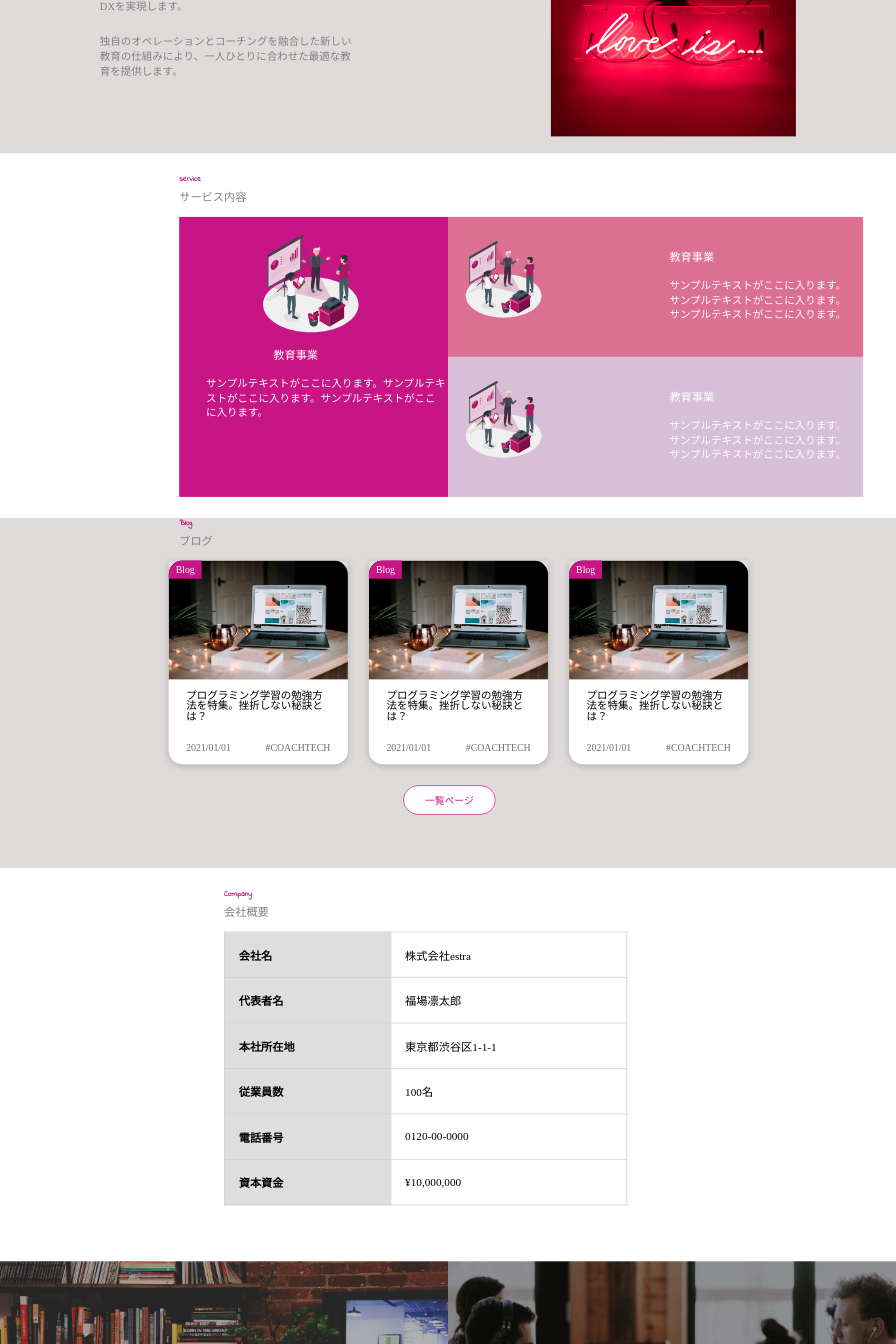
Repository: sigemasaasuka/20210902
Page: index.html
The author's editor kept a copy of each file at every save. The page is drawn from the files as they stood at one save, then again after a run of saves.
The browser window is 1280 px wide. The pictures show the part of the page from y = 977 to 2897 px (the page is 3297 px tall), at 70% of full size.

Above is the page before, as saved 2021-10-06 17:06:14.

### index.html
<!DOCTYPE html>
<html lang="ja">

<head>
  <meta charset="UTF-8">
  <meta name="viewport" content="width=device-width, initial-scale=1.0">
  <title>Document</title>
  <link rel="stylesheet" href="css/style.css">
  <link rel="stylesheet" href="css/reset.css">
  <link rel="preconnect" href="https://fonts.googleapis.com">
  <link rel="preconnect" href="https://fonts.gstatic.com" crossorigin>
  <link href="https://fonts.googleapis.com/css2?family=Indie+Flower&display=swap" rel="stylesheet">
</head>

<body>
  <div class="flex">
    <div class="logo">
      <img src="img/img/estra_logo.png" alt="estra_logo" width="100px" height="30px">
    </div>
    <div class="parent">
      <div class="child">News</div>
      <div class="child">About</div>
      <div class="child">Service</div>
      <div class="child">blog</div>
      <div class="child">Company</div>
      <div class="child">Contact</div>

    </div>
  </div>
  <div class="relative">
    <img class="relative__img" src="img/img/firstview.jpg" alt="firstview">
    <div class="example">
      <h1>Commit to the <span class="document"> growth</span> <br>for everyone</h1>
    </div>
    <div class="second">
      <h3>全ての全ての人の<span class="second-txt">成長</span>にコミットする</h3>
      <p class="subtitle">Educational Technology Company<br>estra inc since 2019</p>
    </div>
  </div>
  <div class="smlltitle-news">
    <h6>News</h6>
  </div>
  <div class="list-news">
    <h3>新着情報</h3>
  </div>
  <div class="local">
    <div class="info">
      <p>
        2021/01/01　<a class="practice__btn">ニュース</a>　COACHTECHのサービスが開始されました。
      </p>
    </div>
    <div class="info">
      <p>
        2021/01/01　<a class="practice__btn">ニュース</a>　COACHTECHのサービスが開始されました。
      </p>
    </div>
    <div class="info">
      <p>
        2021/01/01　<a class="practice__btn">ニュース</a>　COACHTECHのサービスが開始されました。
      </p>
    </div>
    <div class="info">
      <p>
        2021/01/01　<a class="practice__btn">ニュース</a>　COACHTECHのサービスが開始されました。
      </p>
    </div>
    <div class="info">
      <p>
        2021/01/01　<a class="practice__btn">ニュース</a>　COACHTECHのサービスが開始されました。
      </p>
    </div>
  </div>
  <div class="colored-about">
    <div class="smlltitle-about">
      <h6><br> About</h6>
    </div>
    <div class="list-about">
      <h3>Technology×Coaching</h3>
    </div>
    <div class="flex-txt">
    <div class="info-txt">
      <div class="relate">
        株式会社estraはデジタル化が遅れている教育業界に<br>最新のテクノロジーを導入することによって教育の<br>DXを実現します。
      </div>
      <div class="relate-txt">
        独自のオペレーションとコーチングを融合した新しい<br>教育の仕組みにより、一人ひとりに合わせた最適な教<br>育を提供します。
      </div>

    </div>
      <div class="about">
        <img class="picture__img" src="img/img/about.jpg" alt="about">
      </div>
  </div>
  </div>

  <div class="service">
    <div class="smlltitle-service">
      <h6>service</h6>
    </div>
    <div class="list-service">
      <h3>サービス内容</h3>
    </div>
    <div class="contents">
    <div class="colored-service">
      <div class="photo">
        <img class="service__img" src="img/img/service__first.svg" alt="service">
      </div>
      <div class="title">
        <h3>教育事業</h3>
      </div>
      <div class="explain">
        サンプルテキストがここに入ります。サンプルテキ<br>ストがここに入ります。サンプルテキストがここ<br>に入ります。
      </div>
    </div>
  <div class="contents2">
    <div class="contents2">
  <div class="colored3">
    <div class="photo2">
      <img class="service__img1" src="img/img/service__first.svg" alt="service">
    </div>
    <div>
    <div class="title2">
      <h3>教育事業</h3>
    </div>
    <div class="explain2">
      サンプルテキストがここに入ります。<br>サンプルテキストがここに入ります。<br>サンプルテキストがここに入ります。
    </div>
  </div>
  </div>
  </div>

  <div class="colored">
    <div class="photo2">
      <img class="service__img1" src="img/img/service__first.svg" alt="service">
    </div>
    <div>
    <div class="title2">
      <h3>教育事業</h3>
    </div>
    <div class="explain2">
      サンプルテキストがここに入ります。<br>サンプルテキストがここに入ります。<br>サンプルテキストがここに入ります。
    </div>
  </div>
  </div>
</div>
</div>
</div>
   <div class="colored-blog">
    <div class="smlltitle-blog">
      <h6>Blog</h6>
    </div>
    <div class="list-blog">
      <h3>ブログ</h3>
   </div>
    <div class="flex__item">
      <div class="practice__card">
        <div class="blog__first">
          <img src="img/img/blog__first.jpg" alt="blog">
        </div>
        <div class="card__content">
          <div class="card__cat">Blog</div>
          <h2 class="card__ttl">プログラミング学習の勉強方法を特集。挫折しない秘訣とは？</h2>
          <div class="tag">
            <p class="card__tag">2021/01/01</p>
            <p class="card__date">#COACHTECH</p>
          </div>
        </div>
      </div>
      <div class="practice__card">
        <div class="blog__first">
          <img src="img/img/blog__first.jpg" alt="blog">
        </div>
        <div class="card__content">
          <div class="card__cat">Blog</div>
          <h2 class="card__ttl">プログラミング学習の勉強方法を特集。挫折しない秘訣とは？</h2>
          <div class="tag">
            <p class="card__tag">2021/01/01</p>
            <p class="card__date">#COACHTECH</p>
          </div>
        </div>
      </div>
      <div class="practice__card">
        <div class="blog__first">
          <img src="img/img/blog__first.jpg" alt="blog">
        </div>
        <div class="card__content">
          <div class="card__cat">Blog</div>
          <h2 class="card__ttl">プログラミング学習の勉強方法を特集。挫折しない秘訣とは？</h2>
          <div class="tag">
            <p class="card__tag">2021/01/01</p>
            <p class="card__date">#COACHTECH</p>
          </div>
        </div>
      </div>
    </div>
    <div class="card__cat-blog">一覧ページ</div>
   </div>
   <div class="company">
    <div class="smlltitle-company">
      <h6>Company</h6>
    </div>
    <div class="list-company">
      <h3>会社概要</h3>
    </div>
    <table>
      <tr>
        <th>会社名</th>
        <td>株式会社estra</td>
      </tr>
      <tr>
        <th>代表者名</th>
        <td>福場凛太郎</td>
      </tr>
      <tr>
        <th>本社所在地</th>
        <td>東京都渋谷区1-1-1</td>
      </tr>
      <tr>
        <th>従業員数</th>
        <td>100名</td>
      </tr>
      <tr>
        <th>電話番号</th>
        <td>0120-00-0000</td>
      </tr>
      <tr>
        <th>資本資金</th>
        <td>¥10,000,000</td>
      </tr>
    </table>
    </div>
    <div class="last">
    <div class="photo2">
     <div class="recruit">
      <div class="second-employ">
        <p>採用情報</p>
      </div>
     </div>
    </div>
    <div class="photo3">
      <div class="interview">
    <div class="second-interview">
      <p>社員インタビュー</p>
      </div>
    </div>
    </div>
    </div>
    <div class="list-question">
      <h3>株式会社estraへのお問い合わせはこちらから</h3>
      </div>
      <div class="rod"><p>&#124</p></div>
      <div class="photo4">
  <div class="card__cat3">お問い合わせ</div>
</div>
<div class="colored-question">
  <div class="second-question">
    <p>Copyright&copy;estra,inc　AII Rights Reserved</p>
  </div>
</div>
</body>

</html>

### css/style.css
.img {
  text-align: left;
}

.parent {
  line-height: 50px;
  display: flex;
  justify-content: space-between;
  color: gray;
}

.child {
  margin: 0 10px;
  font-weight: lighter;
}

.logo {
  line-height: 20px;
  width: 100px;
}
.flex {
  display: flex;
  justify-content: space-between;
  height: 50px;
  margin-left: 30px;
}

.relative {
  position: relative;
}

.relative__img {
  margin: 0 0 0 auto;
  display: block;
  width: 50%;
}

.example {
  position: absolute;
  top: 5%;
  left: 30%;
  font-size: 50px;
  color: #b41078;
  font-family: "Indie Flower", cursive;
}

.document {
  top: 5%;
  left: 30%;
  font-size: 70px;
  color: #30b6cf;
  font-family: "Indie Flower", cursive;
}

.second {
  position: absolute;
  top: 50%;
  left: 30%;
  font-size: 18px;
  color: #b41078;
}

.second-txt {
  top: 50%;
  left: 30%;
  font-size: 18px;
  color: #30b6cf;
}

.subtitle {
  margin: 0;
  font-size: 15px;
  color: gray;
  font-weight: lighter;
}

.smlltitle-news {
  color: #b41078;
  font-family: "Indie Flower", cursive;
  margin-left: 25%;
}

.list-news {
  color: gray;
  margin-left: 25%;
  margin-top: 10px;
  margin-bottom: 20px;
}

.local {
  margin-left: 25%;
  border-color: rgb(170, 168, 168);
  border-top: solid 2px rgb(170, 168, 168);
  border-bottom: solid 2px rgb(170, 168, 168);
  width: 70%;
}

.info {
  margin-bottom: 20px;
  border-width: 0 0 1px 0;
  border-style: solid;
  line-height: 30px;
  border-color: rgb(173, 171, 171);
  margin-top: 20px;
  padding-left: 0;
  font-size: 10px;
  color: gray;
  width: 40%;
}

.practice__btn {
  width: 100px;
  padding: 2px 10px;
  color: #fff;
  border-radius: 30px;
  background-color: #b41078;
  text-align: center;
  margin: 0 auto 0;
}

.colored-about {
  height: 350px;
  background-color: rgb(224, 219, 219);
  margin-top: 30px;
}
.smlltitle-about {
  color: #b41078;
  font-family: "Indie Flower", cursive;
  margin-left: 45%;
}

.list-about {
  color: gray;
  margin-left: 40%;
  margin-top: 10px;
}

.flex-txt {
  display: flex;
  justify-content: space-around;
  height: 30px;
}

.relate {
  color: gray;
  font-size: 15px;
  margin-top: 30px;
}

.relate-txt {
  color: gray;
  font-size: 15px;
  margin-top: 30px;
}

.picture__img {
  margin-top: 20px;
  width: 350px;
  height: 250px;
}

.smlltitle-service {
  color: #b41078;
  font-family: "Indie Flower", cursive;
  margin-left: 20%;
  margin-top: 30px;
}

.list-service {
  color: gray;
  margin-left: 20%;
  margin-top: 10px;
}

.contents {
  display: flex;
}
.colored-service {
  background-color: #c71585;
  margin-top: 20px;
  margin-left: 20%;
  width: 30%;
  height: 400px;
}

.service__img {
  width: 300px;
  height: 150px;
  margin-top: 20px;
  margin-left: 10%;
}

.title {
  margin-top: 20px;
  color: #fff;
  margin-left: 35%;
}

.explain {
  margin-left: 10%;
  margin-top: 20px;
  color: #fff;
  font-size: 15px;
}
.contents2 {
  display: flex;
  flex-direction: column;
  justify-content: space-around;
}
.colored3 {
  display: flex;
  background-color: #db7093;
  margin-top: 20px;
  width: 100%;
  height: 200px;
}

.service__img1 {
  width: 40%;
  margin-left: 20px;
  margin-top: 10%;
}

.title2 {
  margin-top: 20px;
  color: #fff;
  margin-top: 50px;
  margin-left: 20px;
}

.explain2 {
  margin-top: 20px;
  margin-left: 20px;
  color: #fff;
  font-size: 15px;
}

.colored {
  display: flex;
  background-color: #d8bfd8;
  width: 100%;
  height: 200px;
}

.colored-blog {
  height: 500px;
  background-color: rgb(224, 219, 219);
  margin-top: 30px;
}

.smlltitle-blog {
  color: #b41078;
  font-family: "Indie Flower", cursive;
  margin-left: 20%;
  margin-top: 30px;
}

.list-blog {
  color: gray;
  margin-left: 20%;
  margin-top: 10px;
}

.flex__item {
  border-radius: 20px;
  display: flex;
  justify-content: center;
}

.practice__card {
  margin-top: 20px;
  margin-left: 30px;
  position: relative;
  width: 20%;
  border-bottom-left-radius: 20px;
  border-bottom-right-radius: 20px;
  box-shadow: 0px 3px 10px rgba(0, 0, 0, 0.2);
}

.blog__first {
  overflow: hidden;
  border-top-left-radius: 20px;
  border-top-right-radius: 20px;
}

.card__img img {
  width: 100%;
}

.card__content {
  border-bottom-left-radius: 20px;
  border-bottom-right-radius: 20px;
  background-color: #fff;
  padding: 15px 25px;
}

.card__ttl {
  font-size: 15px;
  margin-bottom: 30px;
  font-weight: 400;
}

.card__cat {
  position: absolute;
  top: 0;
  left: 0;
  border-top-left-radius: 20px;
  padding: 5px 10px;
  background: #c71585;
  display: inline-block;
  color: #fff;
  font-size: 14px;
}

.tag {
  display: flex;
  justify-content: space-between;
  font-size: 14px;
  text-align: right;
}

.card__tag {
  display: inline-block;
  color: rgb(112, 110, 110);
}

.card__date {
  display: inline-block;

  color: rgb(112, 110, 110);
}

.card__cat-blog {
  padding: 10px 30px;
  background: white;
  margin-top: 30px;
  margin-left: 45%;
  border: 1px solid;
  display: inline-block;
  color: #c71585;
  font-size: 14px;
  border-radius: 30px;
}

.company {
  margin-left: 25%;
}

.smlltitle-company {
  color: #b41078;
  font-family: "Indie Flower", cursive;
  margin-top: 30px;
}

.list-company {
  color: gray;
  margin-top: 10px;
  margin-bottom: 20px;
}

table {
  width: 60%;
  border-collapse: collapse;
}

table th,
table td {
  border: 1px solid #ccc;
  padding: 20px;
}
table th {
  font-weight: bold;
  background-color: #dedede;
}

.last {
  display: flex;
  margin-top: 50px;
  position: relative;
}

.second-employ {
  position: absolute;
  top: 50%;
  left: 40%;
  font-size: 20px;
  color: #fff;
}

.photo2 {
  width: 50%;
}

.recruit {
  position: relative;
  width: 100%;
  height: 0;
  padding-top: calc(300 / 683 * 100%); /* calc(画像高さ ÷ 画像横幅 × 100%) */
  background: url(../img/img/recruit.png) center center / cover no-repeat;
  margin-top: 30px;
}

.photo3 {
  width: 50%;
}

.interview {
  position: relative;
  width: 100%;
  height: 0;
  padding-top: calc(300 / 683 * 100%); /* calc(画像高さ ÷ 画像横幅 × 100%) */
  background: url(../img/img/interview.png) center center / cover no-repeat;
  margin-top: 30px;
}

.second-interview {
  position: absolute;
  top: 50%;
  left: 45%;
  font-size: 20px;
  color: #fff;
}

.list-question {
  color: gray;
  margin-top: 50px;
  margin-left: 36%;
}
.rod {
  color: #c71585;
  margin-left: 47%;
  margin-top: 10px;
  font-size: 30px;
}

.card__cat3 {
  position: relative;
  top: 0;
  padding: 20px 60px;
  background: linear-gradient(90deg, #ff69b4, #c71585);
  margin-top: 10px;
  margin-left: 40%;
  border: 1px solid;
  display: inline-block;
  color: #fff;
  font-size: 14px;
  border-radius: 30px;
}

.card__cat3::before {
  content: "";
  position: absolute;
  bottom: 15px;
  left: 25px;
  background: url(../img/img/mailicon.svg) no-repeat;
  background-size: cover;
  width: 15px;
  height: 15px;
  transform: translate(0, -50%);
}

.colored-question {
  height: 30px;
  background-color: rgb(224, 219, 219);
  margin-top: 25px;
}

.second-question {
  color: #000;
  font-size: 10px;
  margin-left: 40%;
  line-height: 30px;
}

### css/reset.css
@charset "UTF-8";
html,
body,
div,
span,
applet,
object,
iframe,
h1,
h2,
h3,
h4,
h5,
h6,
p,
blockquote,
pre,
a,
abbr,
acronym,
address,
big,
cite,
code,
del,
dfn,
em,
img,
ins,
kbd,
q,
s,
samp,
small,
strike,
strong,
sub,
sup,
tt,
var,
b,
u,
i,
center,
dl,
dt,
dd,
ol,
ul,
li,
fieldset,
form,
label,
legend,
table,
caption,
tbody,
tfoot,
thead,
tr,
th,
td,
article,
aside,
canvas,
details,
embed,
figure,
figcaption,
footer,
header,
hgroup,
menu,
nav,
output,
ruby,
section,
summary,
time,
mark,
audio,
video {
  margin: 0;
  padding: 0;
  border: none;
  font-style: normal;
  text-align: left;
  zoom: 1;
}
article,
aside,
details,
figcaption,
figure,
footer,
header,
hgroup,
menu,
nav,
section {
  display: block;
}
table {
  border-collapse: collapse;
  font-family: inherit;
}
h1,
h2,
h3,
h4,
h5 {
  font-size: 100%;
  font-weight: normal;
  line-height: 1;
}
input,
textarea,
select {
  font-family: inherit;
  font-size: 16px;
}
input[type="button"],
input[type="text"],
input[type="submit"] {
  -webkit-appearance: none;
  border-radius: 0;
}
textarea {
  resize: none;
  -webkit-appearance: none;
  border-radius: 0;
}
th,
td {
  border-collapse: collapse;
}
table th,
table td {
  white-space: nowrap;
}
ul,
ol {
  list-style-type: none;
}
img {
  vertical-align: text-bottom;
  vertical-align: -webkit-baseline-middle;
  max-width: 100%;
  height: auto;
  width/***/: auto;
}

After the next 4 saves:
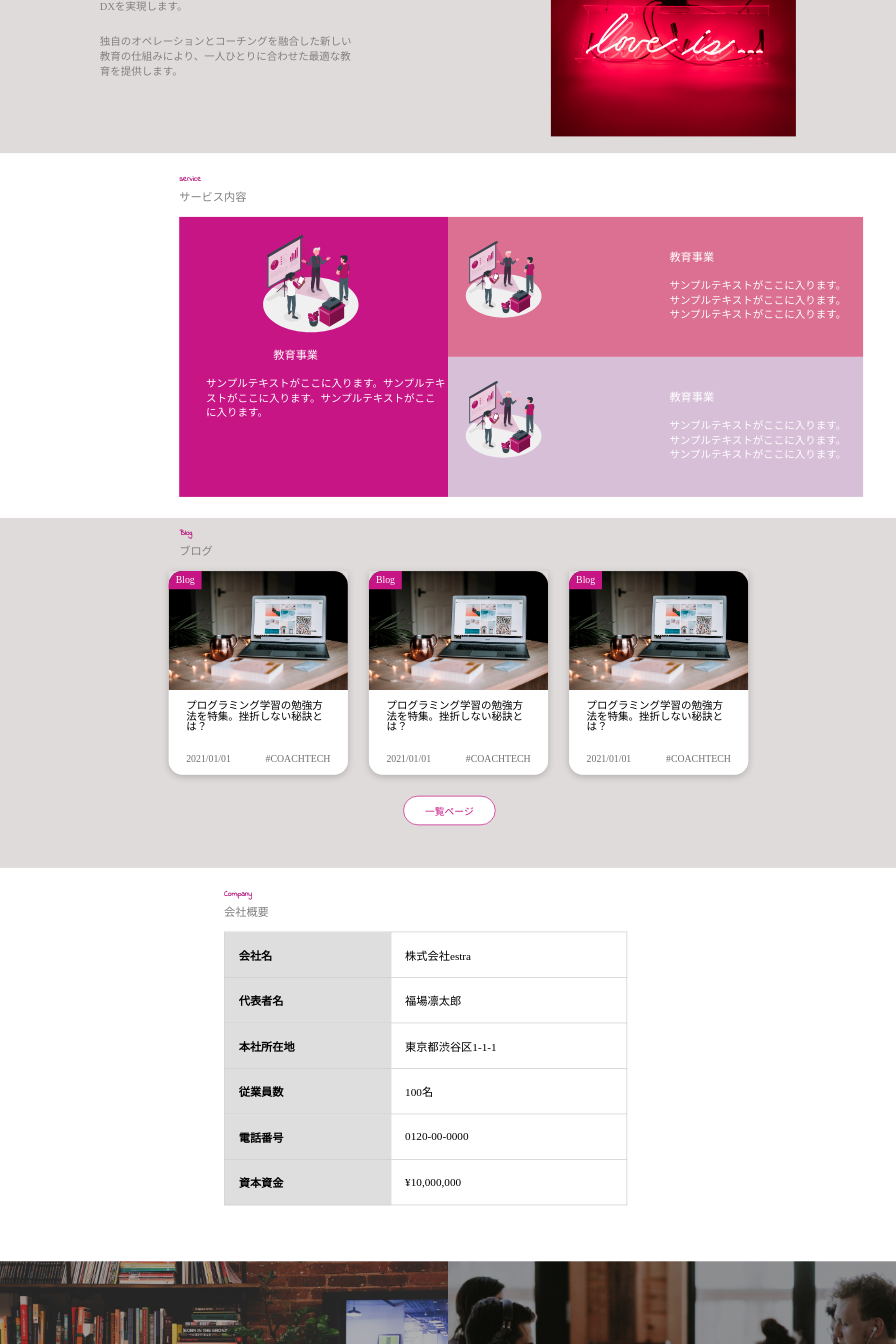
The 4 saves are shown as one change because they came seconds apart.
The last was saved 25 s later.
--- a/index.html
+++ b/index.html
@@ -147,7 +147,7 @@
 </div>
    <div class="colored-blog">
     <div class="smlltitle-blog">
-      <h6>Blog</h6>
+      <h6><br>Blog</h6>
     </div>
     <div class="list-blog">
       <h3>ブログ</h3>
